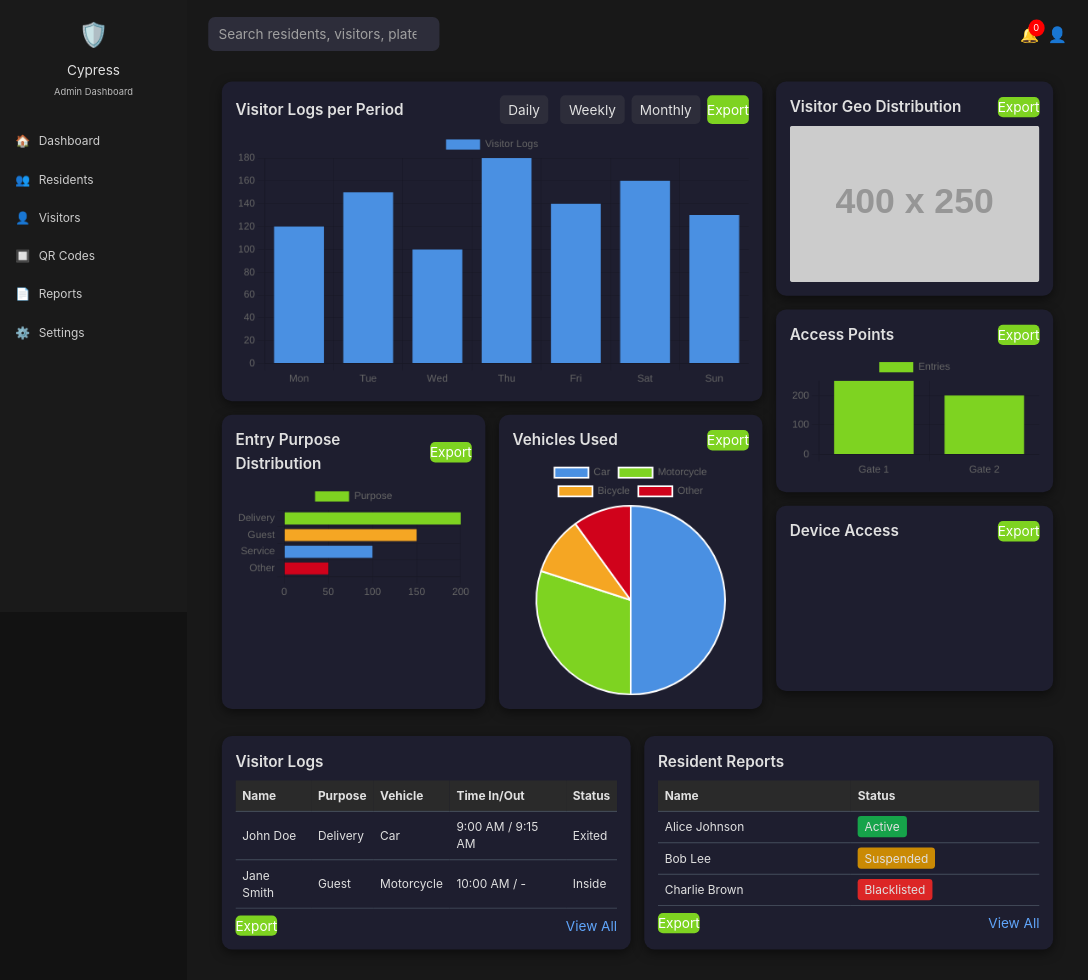
Repository: camuramon/my-project
Page: templates/admin/reports.html
The author's editor kept a copy of each file at every save. The page is drawn from the files as they stood at one save, then again after the next save.
The browser window is 1280 px wide. The pictures show the whole page, at 85% of full size.
Some web libraries are served in a nearby version. The template is drawn by Flask 3. The application's start-up code is not run. The template is opened directly, without the code that normally fills it, so the values that code supplies are empty.

Above is the page before, as saved 2025-09-09 16:52:11.
Console error: TypeError: Cannot read properties of null (reading 'addEventListener')

After the next save:
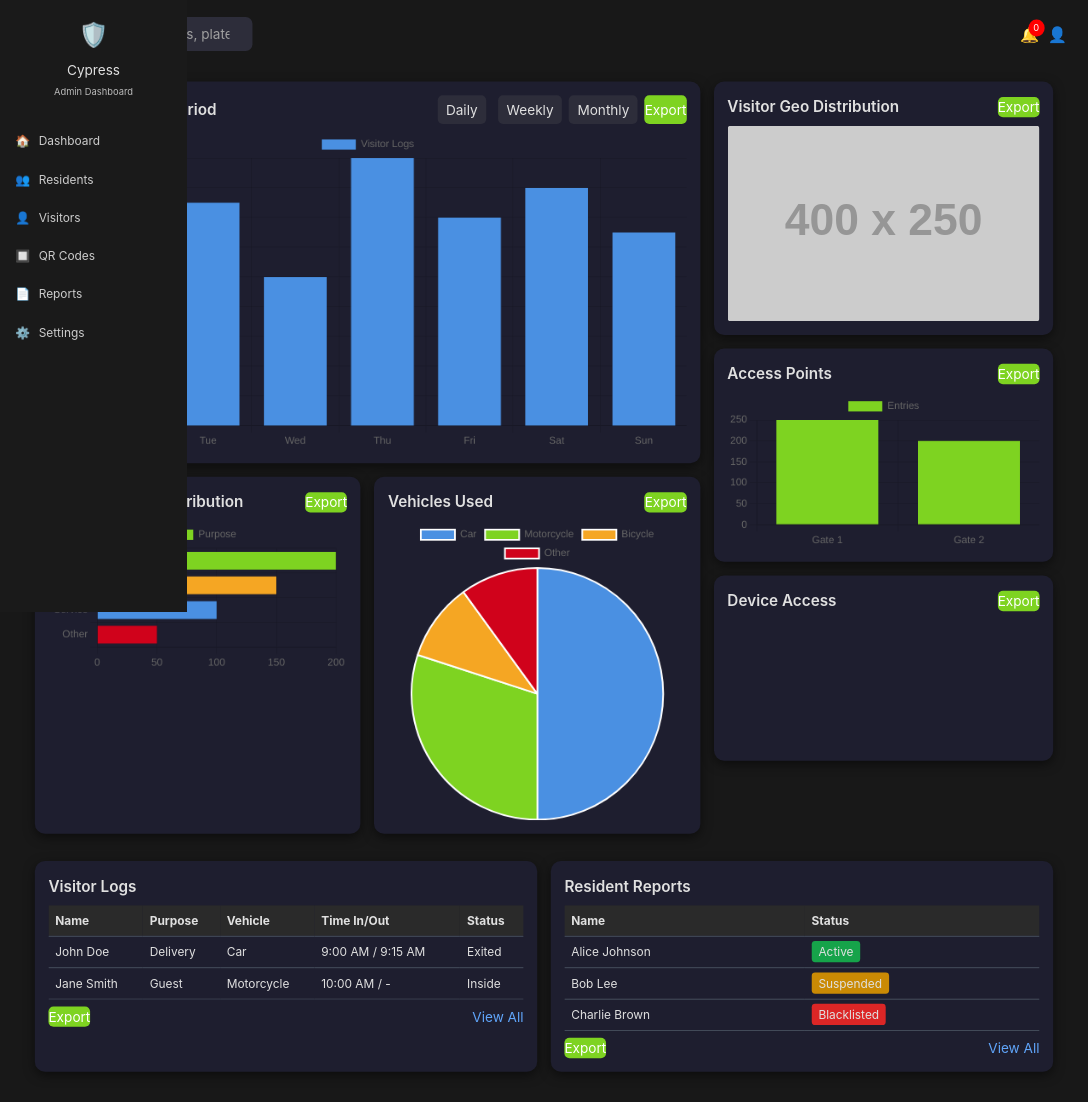
Saved 76 s later.
--- a/static/css/report.css
+++ b/static/css/report.css
@@ -67,13 +67,17 @@
 
 /* === MAIN CONTENT === */
 .main-content {
-  flex: 1;
-  margin-left: 220px; /* para di matakpan ng sidebar */
+  flex: 1;                 /* sakupin lahat ng natira */
   padding: 20px 25px;
   background-color: #181818;
   overflow-y: auto;
   box-sizing: border-box;
+
+  /* tanggalin ang sobra */
+  margin: 0 !important;
+  max-width: 100% !important;
 }
+
 
 /* === TOP BAR === */
 .top-bar {

After the save that followed:
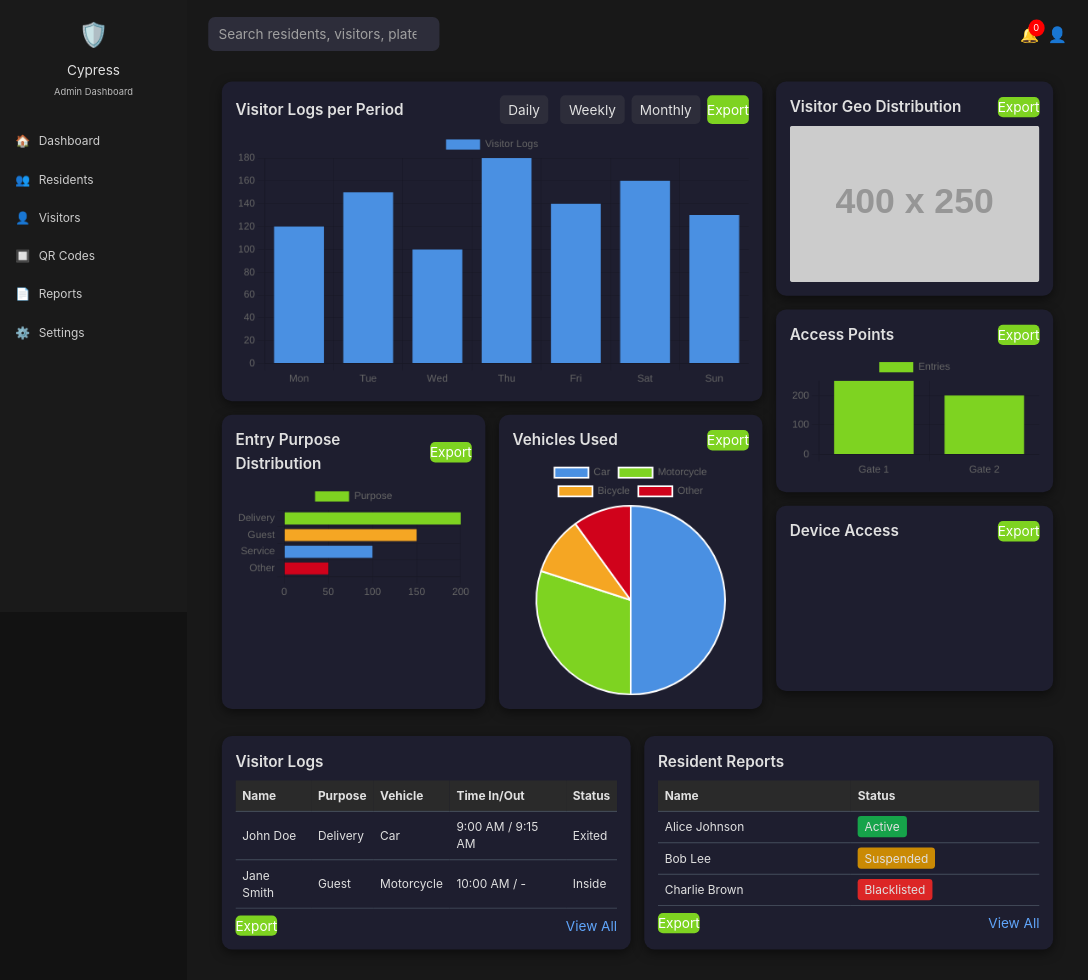
Saved 37 s later.
--- a/static/css/report.css
+++ b/static/css/report.css
@@ -67,17 +67,13 @@
 
 /* === MAIN CONTENT === */
 .main-content {
-  flex: 1;                 /* sakupin lahat ng natira */
+  flex: 1;
+  margin-left: 220px; /* para di matakpan ng sidebar */
   padding: 20px 25px;
   background-color: #181818;
   overflow-y: auto;
   box-sizing: border-box;
-
-  /* tanggalin ang sobra */
-  margin: 0 !important;
-  max-width: 100% !important;
 }
-
 
 /* === TOP BAR === */
 .top-bar {
